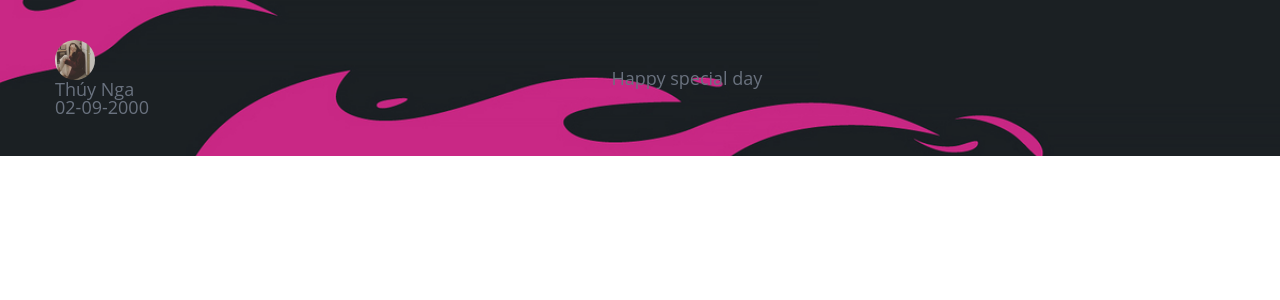
Repository: Datt21/p-happyB
Page: index.html
An editor plug-in stored every save of this project. The page is shown before and after the next save, followed by the edit.
The browser window is 1280 px wide. The pictures show the whole page.
Some icons come from a web library that is not loaded, so they are not drawn.

Above is the page before, as saved 2021-08-31 04:23:49.

### index.html
<!DOCTYPE html>
<html lang="en">
<head>
    <meta charset="UTF-8">
    <meta http-equiv="X-UA-Compatible" content="IE=edge">
    <meta name="viewport" content="width=device-width, initial-scale=1.0">
    <title>Document</title>
    <link rel="stylesheet" href="https://unicons.iconscout.com/release/v4.0.0/css/line.css">
    <link rel="stylesheet" href="./app.css">
</head>
<body>
<div class="wrapper">
    <header class="header">
        <div class="container">
            <div class="header-main">
                <div class="header-info">
                    <img src="./images/lemon.jpg" alt="" class="img-logo">
                    <div class="info">
                        <div class="info-name">Thúy Nga</div>
                        <div class="birth-day">02-09-2000 <i class="uil uil-users-alt"></i> </div>
                    </div>
                </div>

                <div class="menu">
                    <span class="text">Happy special day</span>
                </div>

                <div class="icon-gift">
                    <a href=""><i class="uil uil-gift"></i></a>
                </div>
            </div>
        </div>
    </header>
</div>
    <script src="./app.js"></script>
</body>
</html>

### app.css
html {
    box-sizing: border-box;
}

* {
    margin: 0;
    padding: 0;
}

*,
*:before,
*:after {
    box-sizing: border-box;
}

a {
    text-decoration: none;
}

img {
    display: block;
    max-width: 100%;
}

html {
    scroll-behavior: smooth;
}

body {
    font-family: "Open sans", sans-serif;
    font-size: 18px;
    line-height: 1;
    color: #6a727f;
    /* background-color: #222831; */
    overflow-x: hidden;
}

.wrapper {
    max-width: 1920px;
    margin: 0 auto;
    background: url("../images/banner.jpg") no-repeat top/100%;
}

.container {
    max-width: 1200px;
    margin: 0 auto;
    padding: 0 15px;
}

.img-logo {
    width: 40px;
    height: 40px;
    border-radius: 50%;
}

.header-main {
    display: flex;
    justify-content: space-between;
    align-items: center;
    padding: 40px 0;
}

Loaded but not shown: app.js (no copy from this time; the picture is the same without it)

After the next save:
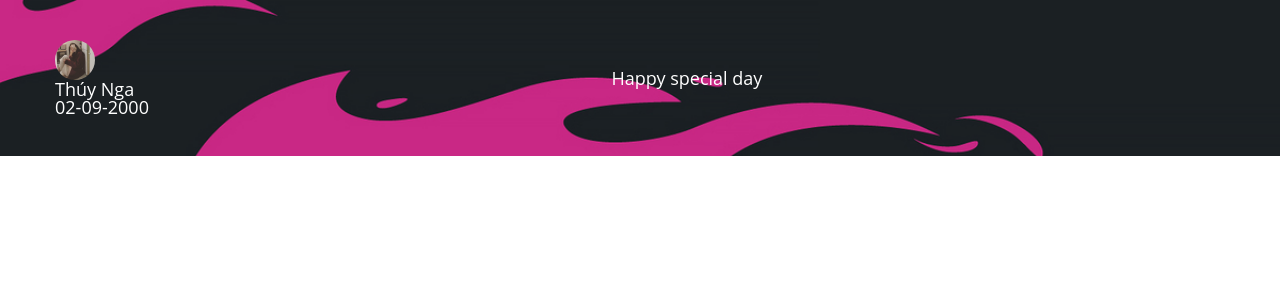
Saved 32 s later.
--- a/app.css
+++ b/app.css
@@ -30,7 +30,7 @@ body {
     font-family: "Open sans", sans-serif;
     font-size: 18px;
     line-height: 1;
-    color: #6a727f;
+    color: white;
     /* background-color: #222831; */
     overflow-x: hidden;
 }
